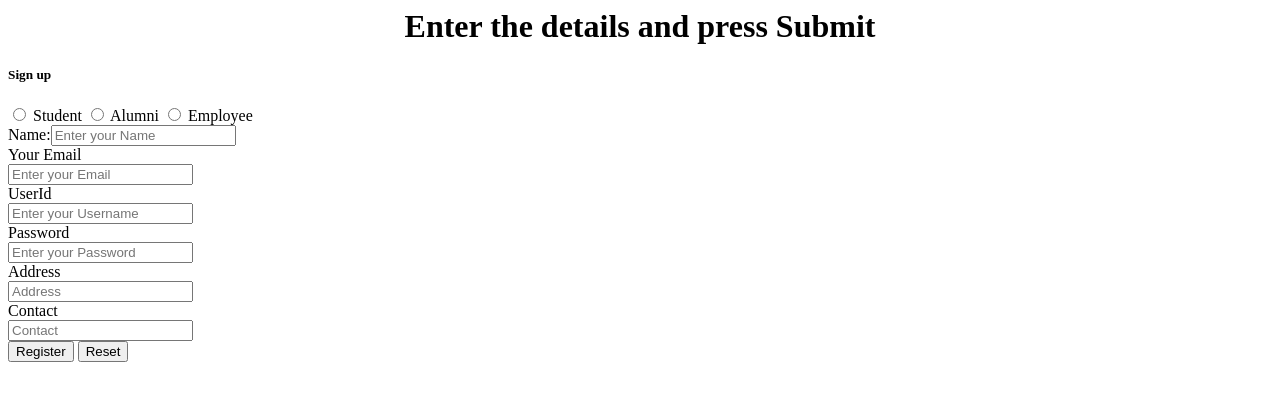
Repository: Abinayasivapraba/Project2
Page: ChatZoneFE/WebContent/User/Register.html
The author's editor kept a copy of each file at every save. The page is drawn from the files as they stood at one save, then again after the next save.
The browser window is 1280 px wide. The pictures show the whole page.

Above is the page before, as saved 2017-06-02 07:23:44.

### ChatZoneFE/WebContent/User/Register.html

<div ng-controller="UserController as ctrl">
<div class="container">
	<div class="row">
<center><h1>Enter the details and press Submit</h1></center>

   <div class="formcontainer">
			<div class="row main">
				<div class="main-login main-center">
				<h5>Sign up </h5>
					<form ng-submit="ctrl.submit()" name="myForm" class="form-horizontal">

					<div class="container">
							<div class="radio">
								<label class="radio-inline"> <input type="radio"
									name="role" value="student" ng-model="ctrl.user.role">
									Student
								</label> <label class="radio-inline"> <input type="radio"
									name="role" value="alumni" ng-model="ctrl.user.role">
									Alumni
								</label> <label class="radio-inline"> <input type="radio"
									name="role" value="employee" ng-model="ctrl.user.role">
									Employee
								</label>
							</div>


						</div>



						<div class="form-group">

							<div class="cols-sm-4">
								<div class="input-group">

									Name:<input type="text" class="form-control" name="name" id="name" ng-model="ctrl.user.name"  placeholder="Enter your Name"/>
								</div>
							</div>
						</div>

						<div class="form-group">
							<label for="email" class="cols-sm-2 control-label">Your Email</label>
							<div class="cols-sm-4">
								<div class="input-group">
									<span class="input-group-addon"><i class="fa fa-envelope fa" aria-hidden="true"></i></span>
									<input type="text" class="form-control" name="email" id="email" ng-model="ctrl.user.email"  placeholder="Enter your Email"/>
								</div>
							</div>
						</div>

						<div class="form-group">
							<label for="username" class="cols-sm-2 control-label">UserId</label>
							<div class="cols-sm-4">
								<div class="input-group">
									<span class="input-group-addon"><i class="fa fa-users fa" aria-hidden="true"></i></span>
									<input type="text" class="form-control" name="id" id="id" ng-model="ctrl.user.id"  placeholder="Enter your Username"/>
								</div>
							</div>
						</div>

						<div class="form-group">
							<label for="password" class="cols-sm-2 control-label">Password</label>
							<div class="cols-sm-4">
								<div class="input-group">
									<span class="input-group-addon"><i class="fa fa-lock fa-lg" aria-hidden="true"></i></span>
									<input type="password" class="form-control" name="password" id="password" ng-model="ctrl.user.password"  placeholder="Enter your Password"/>
								</div>
							</div>
						</div>

						<div class="form-group">
							<label for="confirm" class="cols-sm-2 control-label">Address</label>
							<div class="cols-sm-4">
								<div class="input-group">
									<span class="input-group-addon"><i class="fa fa-lock fa-lg" aria-hidden="true"></i></span>
									<input type="text" class="form-control" name="address" id="address"ng-model="ctrl.user.address"  placeholder="Address"/>
								</div>
							</div>
						</div>

						<div class="form-group">
							<label for="confirm" class="cols-sm-2 control-label">Contact</label>
							<div class="cols-sm-4">
								<div class="input-group">
									<span class="input-group-addon"><i class="fa fa-lock fa-lg" aria-hidden="true"></i></span>
									<input type="text" class="form-control" name="contact" id="contact" ng-model="ctrl.user.contact"  placeholder="Contact"/>
								</div>
							</div>
						</div>





						<input type="submit" class="btn btn-lg btn-success btn-success" value="Register">

						<input type="reset" class="btn btn-lg btn-success btn-log" ng-click="ctrl.reset()" value="Reset">




					</form>
				</div>
			</div>
		</div>
		</div>
		</div>
		</div>

After the next save:
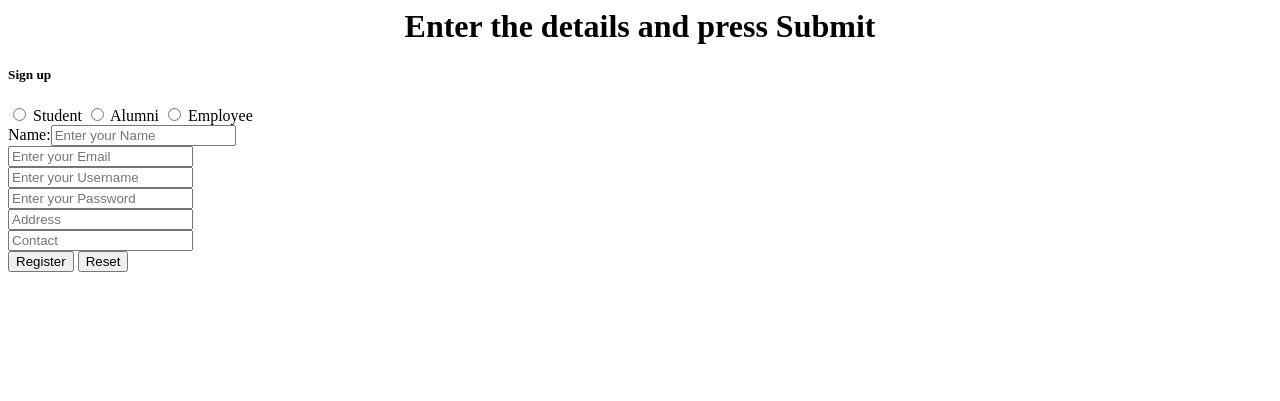
Saved 5 min 15 s later.
--- a/ChatZoneFE/WebContent/User/Register.html
+++ b/ChatZoneFE/WebContent/User/Register.html
@@ -40,8 +40,7 @@
 						</div>
 
 						<div class="form-group">
-							<label for="email" class="cols-sm-2 control-label">Your Email</label>
-							<div class="cols-sm-4">
+														<div class="cols-sm-4">
 								<div class="input-group">
 									<span class="input-group-addon"><i class="fa fa-envelope fa" aria-hidden="true"></i></span>
 									<input type="text" class="form-control" name="email" id="email" ng-model="ctrl.user.email"  placeholder="Enter your Email"/>
@@ -50,7 +49,7 @@
 						</div>
 
 						<div class="form-group">
-							<label for="username" class="cols-sm-2 control-label">UserId</label>
+
 							<div class="cols-sm-4">
 								<div class="input-group">
 									<span class="input-group-addon"><i class="fa fa-users fa" aria-hidden="true"></i></span>
@@ -60,7 +59,7 @@
 						</div>
 
 						<div class="form-group">
-							<label for="password" class="cols-sm-2 control-label">Password</label>
+
 							<div class="cols-sm-4">
 								<div class="input-group">
 									<span class="input-group-addon"><i class="fa fa-lock fa-lg" aria-hidden="true"></i></span>
@@ -70,7 +69,7 @@
 						</div>
 
 						<div class="form-group">
-							<label for="confirm" class="cols-sm-2 control-label">Address</label>
+
 							<div class="cols-sm-4">
 								<div class="input-group">
 									<span class="input-group-addon"><i class="fa fa-lock fa-lg" aria-hidden="true"></i></span>
@@ -80,7 +79,7 @@
 						</div>
 
 						<div class="form-group">
-							<label for="confirm" class="cols-sm-2 control-label">Contact</label>
+
 							<div class="cols-sm-4">
 								<div class="input-group">
 									<span class="input-group-addon"><i class="fa fa-lock fa-lg" aria-hidden="true"></i></span>
